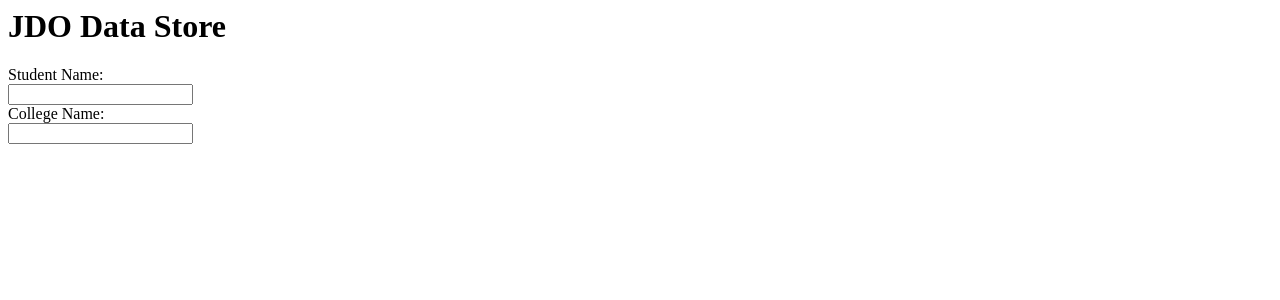
Repository: TharanyaM/Adaptavant--project
Page: Jdo/war/index.html
An editor plug-in stored every save of this project. The page is shown before and after the next save, followed by the edit.
The browser window is 1280 px wide. The pictures show the whole page.

Above is the page before, as saved 2015-10-13 11:20:56.

After the next save:
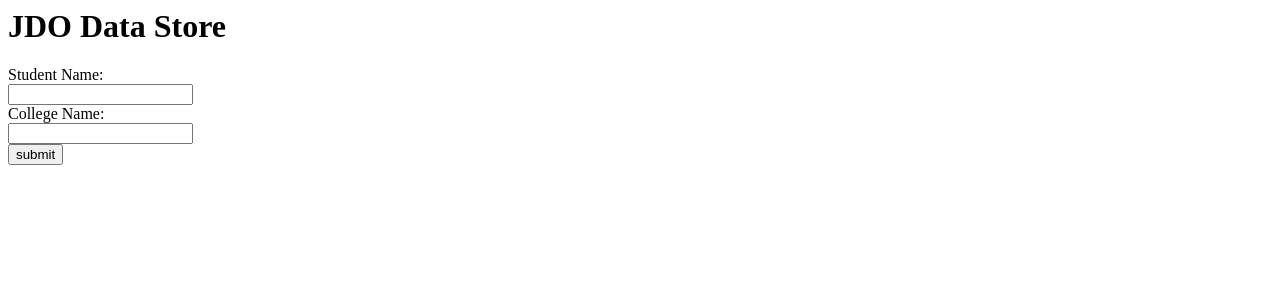
Saved 4 min 21 s later.
--- a/Jdo/war/index.html
+++ b/Jdo/war/index.html
@@ -21,6 +21,8 @@
   <br>
   College Name:<br>
   <input type="text" name="collegename">
+  <br>
+  <input type="submit" value="submit">
 </form>
   </body>
 </html>
